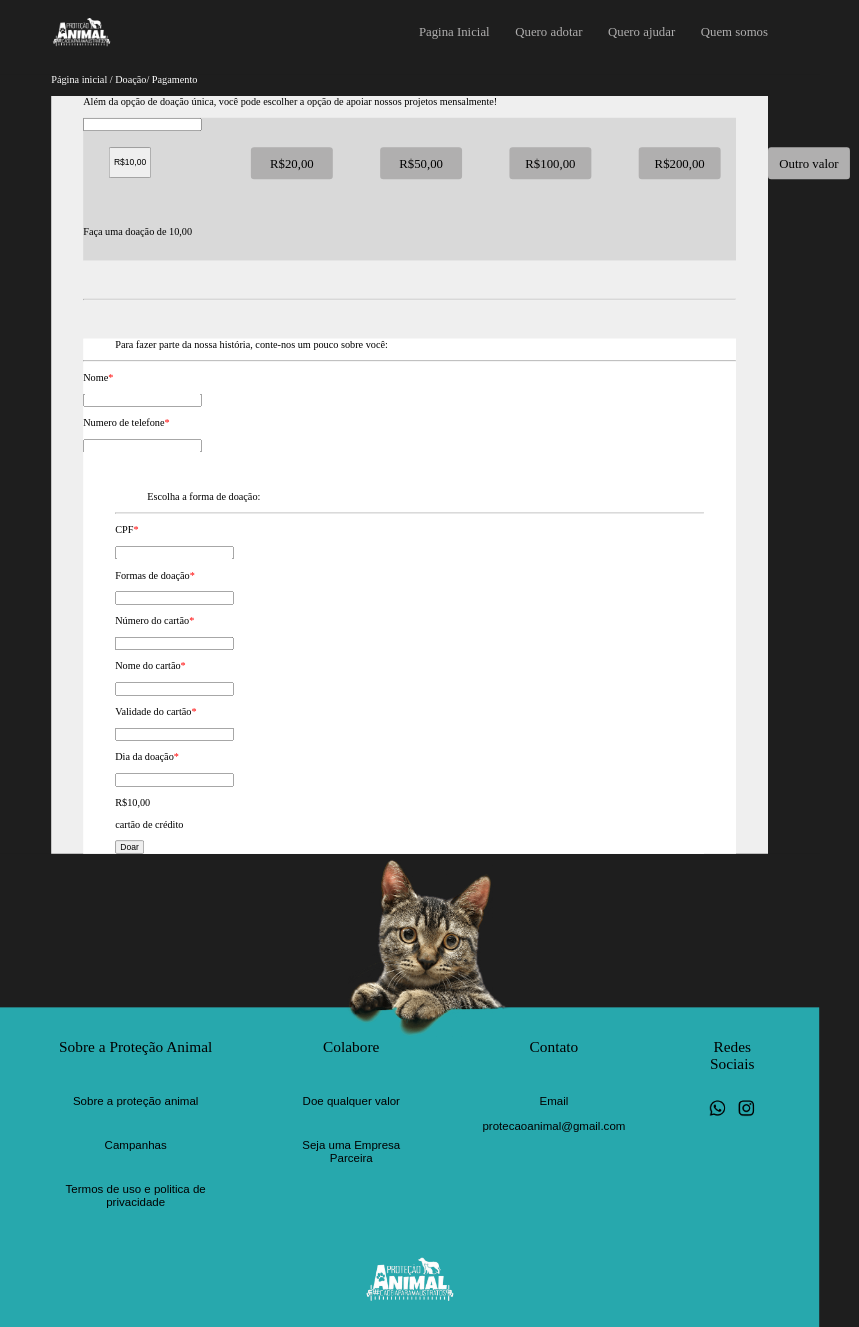
Repository: edjunior-nascimento/protecao-animal-web
Page: src/pages/formulario-doacao/index.html
An editor plug-in stored every save of this project. The page is shown before and after the next save, followed by the edit.
The browser window is 1280 px wide. The page is 1342 px wide, so the pictures cover 1342 px, including what lies to the right of the window. The pictures show the whole page, at 64% of full size.

Above is the page before, as saved 2025-03-07 02:56:44.

### src/pages/formulario-doacao/index.html
<!DOCTYPE html>
<html lang="pt">

<head>
    <meta charset="UTF-8">
    <meta name="viewport" content="width=device-width, initial-scale=1.0">
    <title>Proteção Animal</title>
    <link rel="preconnect" href="https://fonts.googleapis.com" />
    <link rel="preconnect" href="https://fonts.gstatic.com" crossorigin />
    <meta name="viewport" content="width=device-width, initial-scale=1.0" />
    <link rel="stylesheet" href="./style.css" />
    <link>
</head>

<body>
    <header>
        <div><img class="logo" src="/src/pages/images/logo.png" alt="logo Protecao animal" /></div>
        <nav>
            <ul>
                <li>
                    <a href="#">
                        <p>Pagina Inicial</p>
                    </a>
                </li>
                <li>
                    <a href="#">
                        <p>Quero adotar</p>
                    </a>
                </li>
                <li>
                    <a href="#">
                        <p>Quero ajudar</p>
                    </a>
                </li>
                <li>
                    <a href="#">
                        <p>Quem somos</p>
                    </a>
                </li>
            </ul>
        </nav>
    </header>
    <main>
        <div class="title">
            <p>Página inicial / Doação/ Pagamento</p>
        </div>
        <div class="container">
            <div class="sub-title">
                <p>Além da opção de doação única, você pode escolher a opção de apoiar nossos projetos mensalmente!
                </p>
            </div>
            <div class="valor">
                <div class="cota">
                    <input type="text">
                </div>
                <nav class="cota-inicial">
                    <ul>
                        <li>
                            <button type="submit"
                            id="btn-cad"><p>R$10,00</p></button>
                        </li>
                        <li>
                            <a href="#">R$20,00</a>
                        </li>
                        <li>
                            <a href="#">R$50,00</a>
                        </li>
                        <li>
                            <a href="#">R$100,00</a>
                        </li>
                        <li>
                            <a href="#">R$200,00</a>
                        </li>
                        <li>
                            <a href="#">Outro valor</a>
                        </li>
                    </ul>
                </nav>
                <div class="res"><span>Faça uma doação de 10,00</span>
                </div>
            </div>
            <hr class="pri-line">
            <div class="card">
                <div class="sub-title">
                    <p>Para fazer parte da nossa história, conte-nos um pouco sobre você:</p>
                </div>
                <hr>
                <div class="dados">
                    <form action="/send" method="post" target="_blank">
                        <label>
                            <p>Nome<span class="ast">*</span></p>
                            <input type="text" name="Nome" id="Nome*">
                        </label>
                        <label>
                            <p>Numero de telefone<span class="ast">*</span></p>
                            <input type="text" name="telefone" id="telefone">
                        </label>
                    </form>
                </div>
                <div class="card">
                    <div class="sub-title">
                        <p>Escolha a forma de doação:</p>
                    </div>
                    <hr>
                    <form action="/send" method="post" target="_blank">
                        <label>
                            <p>CPF<span class="ast">*</span></p>
                            <input type="number" name="cpf" id="cpf">
                        </label>
                        <label>
                            <p>Formas de doação<span class="ast">*</span></p>
                            <input type="text" name="forme-doacao" id="forme-doacao"></p>
                        </label>
                        <label>
                            <p>Número do cartão<span class="ast">*</span></p>
                            <input type="number" name="cartao" id="cartao">
                        </label>
                        <label>
                            <p>Nome do cartão<span class="ast">*</span></p>
                            <input type="text" name="nome-cartao" id="nome-cartao">
                        </label>
                        <label>
                            <p>Validade do cartão<span class="ast">*</span></p>
                            <input type="text" name="" id="">
                        </label>
                        <label>
                            <p>Dia da doação<span class="ast">*</span></p>
                            <input type="number" name="data" id="data">
                        </label>
                    </form>
                    <div class="resultado">
                        <div class="retorno">
                            <div class="res/doacao">
                                <p>R$10,00</p>
                            </div>
                            <div class="forma/pagamento">
                                <p>cartão de crédito</p>
                            </div>
                        </div>
                        <button>Doar</button>
                    </div>
                </div>
            </div>
        </div>
    </main>
    <div class="gato"><img src="/src/pages/images/gato.png" alt=""></div>
    <footer>
        <div class="footer-container">
            <div class="footer-primary">
                <div class="footer-section-1">
                    <div>
                        <h4>Sobre a Proteção Animal</h4>
                    </div>
                    <div>
                        <p><a href="">Sobre a proteção animal</a></p>
                    </div>
                    <div>
                        <p><a href="">Campanhas</a></p>
                    </div>
                    <div>
                        <p><a href="">Termos de uso e politica de privacidade</a></p>
                    </div>
                </div>
                <div class="footer-section-2">
                    <div>
                        <h4>Colabore</h4>
                    </div>
                    <div>
                        <p><a href="">Doe qualquer valor</a></p>
                    </div>
                    <div>
                        <p><a href="">Seja uma Empresa Parceira</a></p>
                    </div>
                </div>
                <div class="footer-section-3">
                    <div>
                        <h4>Contato</h4>
                    </div>
                    <div>
                        <p>Email</p>
                        <p><a href="mailto:protecaoanimal@gmail.com">protecaoanimal@gmail.com</a></p>
                    </div>
                </div>
                <div class="footer-section-4">
                    <div>
                        <h4>Redes Sociais</h4>
                    </div>
                    <div class="social-icons">
                        <div>
                            <a href=""><img src="/src/pages/images/whatsAppIcon.png" alt="" /></a>
                        </div>
                        <div>
                            <a href=""><img src="/src/pages/images/instagramIcon.png" alt="" /></a>
                        </div>
                    </div>
                </div>
            </div>
        </div>
        <div class="footer-secondary">
            <img src="/src/pages/images/logo.png" alt="" />
        </div>
    </footer>
</body>

</html>

### src/pages/formulario-doacao/style.css
:root {
    --main-bg-color: #1e1e1e;
    --title-color: #27a8ad;
    --subtitle-color: #ffffff;
    --box-color: #ffffff;
    --link-nav-color: #ffffff;
    --card-title-color: #27a8ad;
    --footer-background: #27a8ad;
    --footer-font-color: #000000;
    --maim-color: #EFEFEF;
    --card-nav-color:#D9D9D9;
    --nav-valor:#B0AFAF;
    --asterisco-color: red;
  }
  body {
    height: max-content;
    font-family: "Jockey One", serif;
    font-style: normal;
    margin: 0px;
    padding: 0px;
    background-color: var(--main-bg-color);
  }

  a {
    text-decoration: none;
  }

  header {
    height: 100px;
    display: flex;
    flex-direction: row;
    justify-content: space-between;
    padding-inline: 80px
  }
  header div {
    display: flex;
    align-items: center;
  }
  .logo {
    height: 95px;
    width: auto;
  }
  nav {
    width: auto;
    height: 100px;
    display: flex;
    align-items: center;
  }
  nav ul {
    list-style-type: none;
    display: flex;
    gap: 40px;
  }
  nav ul li a {
    color: var(--nav-valor);
    font-size: 20px;
    background-color: var(--card-nav-color);
  }


main {
  background-color:var(--main-bg-color) ;
  padding-left: 80px;
  padding-right: 80px;
}
  .sub-title {
    margin-left: 50px;
  }
.cota-inicial a {
  color: var(--footer-font-color);
  width: 128px;
  height: 50px;
  display: inline-block;
  text-align: center;
  line-height: 50px;
  background-color: var(--nav-valor);
  margin-left: 20px;
  border-radius: 5px;
}
.cota-inicial li {
  height: 50px;
  width: 162px;
}
.cota-inicial li :hover {
  background-color: var(--footer-background);
  color: var(--box-color);
}
.res {
  margin-top: 48px;
  padding-bottom: 36px;
}
  .pri-line {
    margin-top: 60px;
    margin-left: 50px;
    margin-right: 50px;
  }
  .card {
    margin-top: 60px;
    margin-left: 50px;
    margin-right: 50px;
  }
  .ast {
    color: var(--asterisco-color);
  }
.container {
  background-color: var(--maim-color);
}
.title {
  color: var(--subtitle-color);
}
.valor {
  margin-left: 50px;
  margin-right: 50px;
  background-color: var(--card-nav-color);
}
.valor nav {
  width: 100%;
}
.card {
  background-color: var(--box-color);
}




  .gato {
    margin-left: 42%;
    margin-bottom: -25px;
    height: 265px;
    max-width: auto;}

  footer {
    height: 500px;
    max-height: auto;
    background-color: var(--footer-background);
    padding-inline: 80px;
  }

  .footer-container {
      width: auto;
      height: 70%;
      display: flex;
      align-items: center;
      justify-content: center;
  }

  .footer-primary {
    display: flex;
    flex-direction: row;
    gap: 111px;
    align-items: flex-start;
    justify-content: center;
  }

  .footer-primary p a {
      color: var(--footer-font-color);
      font-family: "Arial", sans-serif;
  }

  .footer-primary h4 {
    font-size: 24px;
    font-weight: 400;
  }

  .footer-primary p {
      font-size: 18px;
      font-weight: 400;
      font-family: "Arial", sans-serif;
  }

  .footer-secondary {
    width: auto;
    height: 30%;
    display: flex;
    align-items: center;
    justify-content: center;
  }

  .footer-secondary img {
      height: 145px;
      width: auto
  }

  .footer-section-1, .footer-section-2, .footer-section-3, .footer-section-4 {
      display: flex;
      flex-direction: column;
      text-align: center;
      gap: 12px;
  }

  .footer-section-4 {
      align-items: center;
  }

  .social-icons {
      display: flex;
      flex-direction: row;
      gap: 20px;
  }

After the next save:
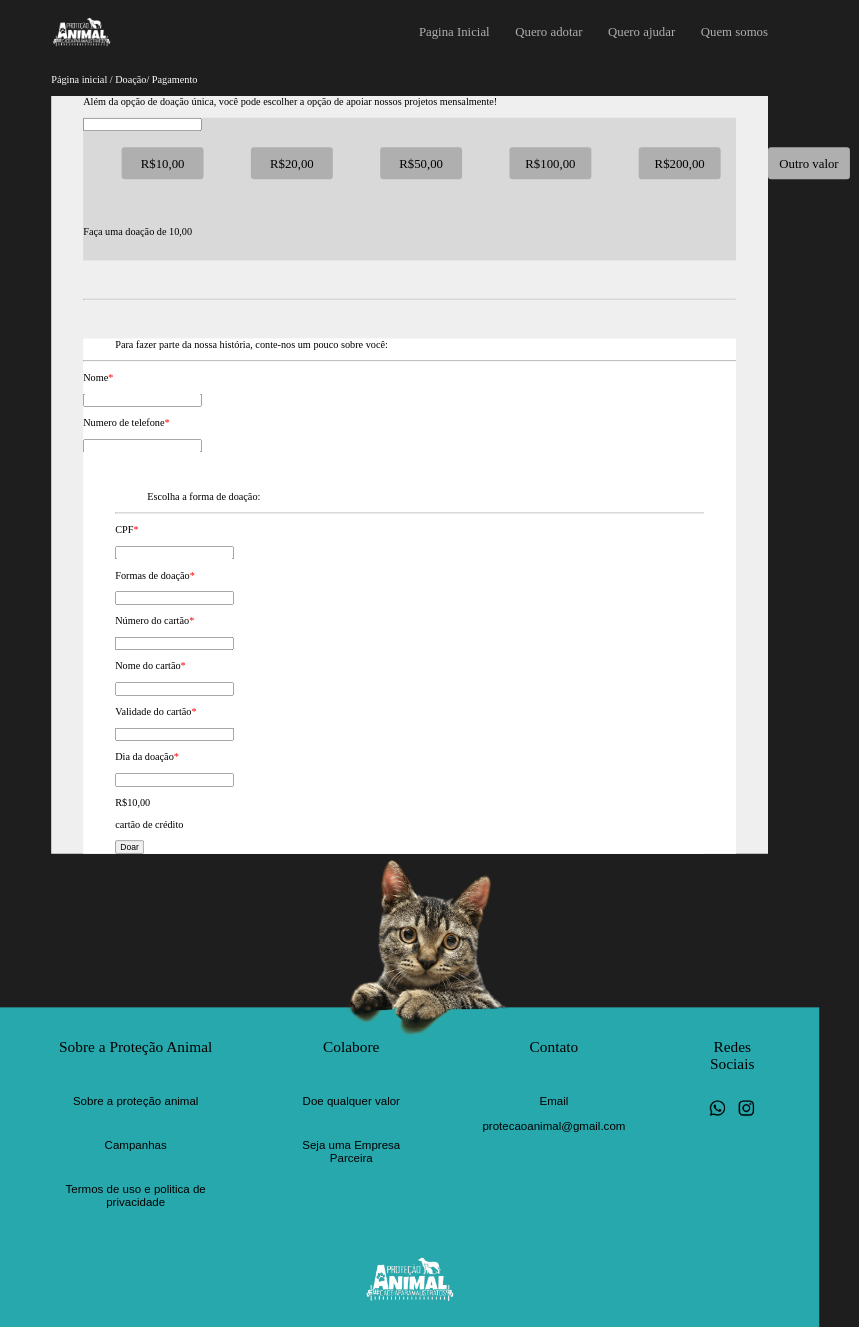
Saved 42 s later.
--- a/src/pages/formulario-doacao/index.html
+++ b/src/pages/formulario-doacao/index.html
@@ -56,8 +56,7 @@
                 <nav class="cota-inicial">
                     <ul>
                         <li>
-                            <button type="submit"
-                            id="btn-cad"><p>R$10,00</p></button>
+                            <a href="#">R$10,00</a></a>
                         </li>
                         <li>
                             <a href="#">R$20,00</a>
